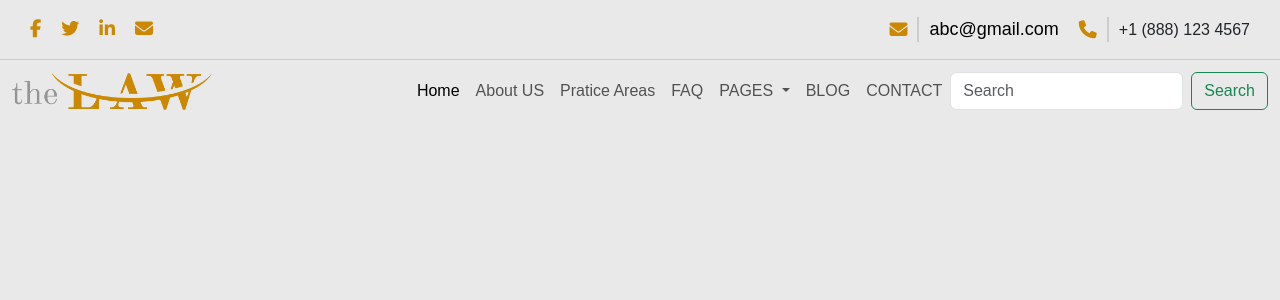
Repository: arehmanraza/lawyer_website
Page: Pages/index.html
The author's editor kept a copy of each file at every save. The page is drawn from the files as they stood at one save, then again after the next save.
The browser window is 1280 px wide. The pictures show the whole page.
Some web libraries are served in a nearby version.

Above is the page before, as saved 2024-05-22 01:45:33.

After the next save:
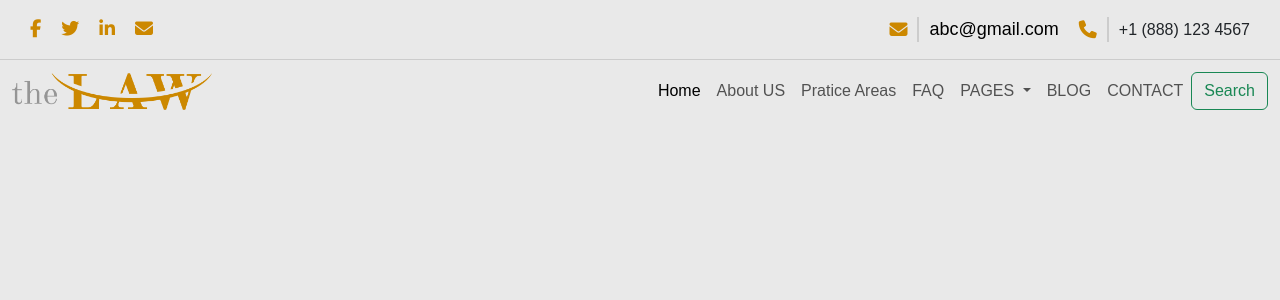
Saved 8 s later.
--- a/Pages/index.html
+++ b/Pages/index.html
@@ -116,7 +116,7 @@
               </li>
             </ul>
             <form class="d-flex" role="search">
-              <input class="form-control me-2" type="search" placeholder="Search" aria-label="Search">
+
               <button class="btn btn-outline-success" type="submit">Search</button>
             </form>
           </div>
